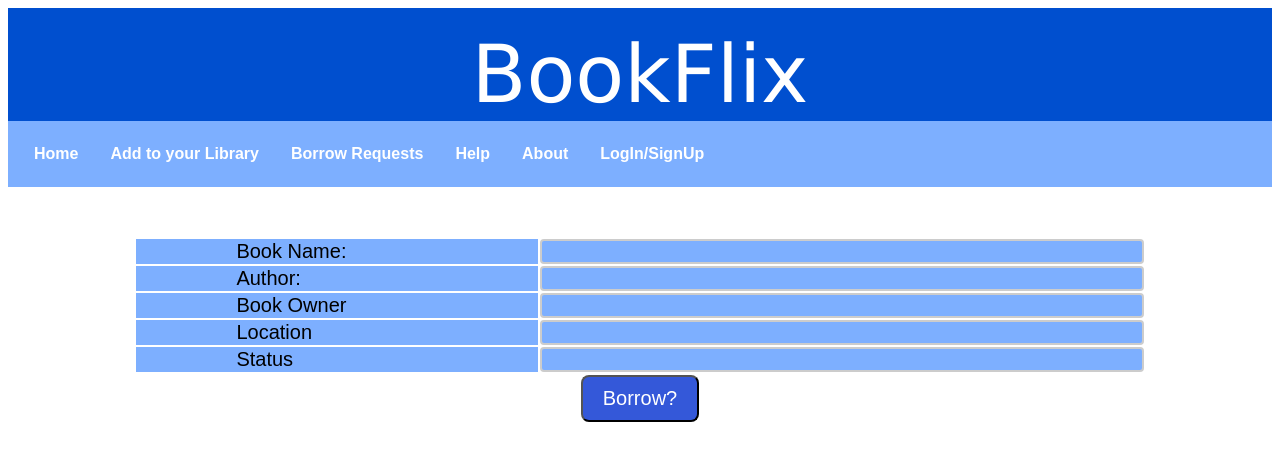
Repository: dan-10/Deloitte
Page: http://localhost/BookFlix/WEB-INF/views/status.jsp
The author's editor kept a copy of each file at every save. The page is drawn from the files as they stood at one save, then again after the next save.
The browser window is 1280 px wide. The pictures show the whole page.
The page is served by Tomcat 9. Nobody is signed in. The template is opened directly, without the code that normally fills it, so the values that code supplies are empty.

Above is the page before, as saved 2019-08-09 04:53:25.

After the next save:
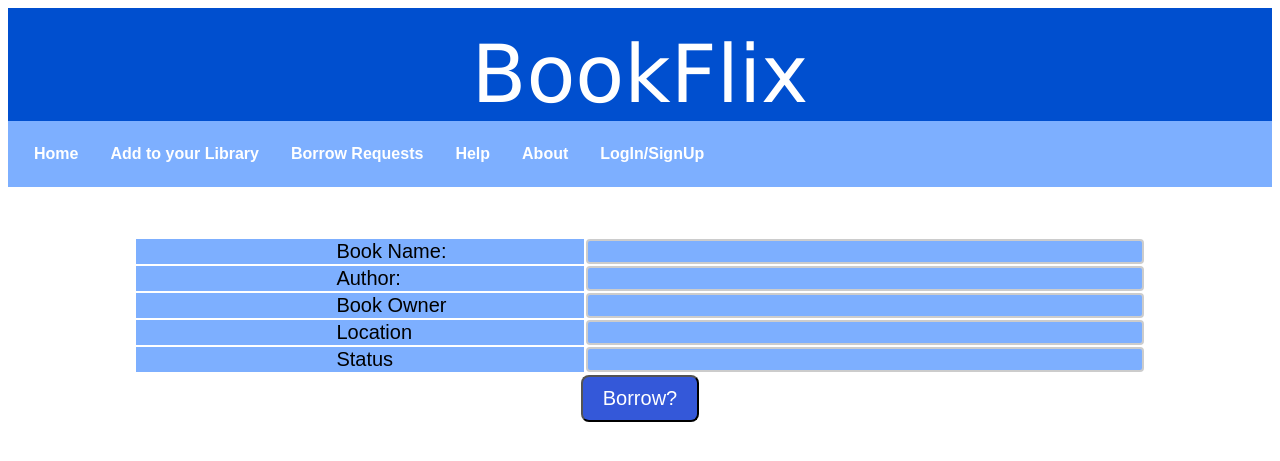
Saved 10 s later.
--- a/DeloitteTrainig/Final Project BookFlix/BookFlix/src/main/webapp/WEB-INF/views/status.jsp
+++ b/DeloitteTrainig/Final Project BookFlix/BookFlix/src/main/webapp/WEB-INF/views/status.jsp
@@ -41,7 +41,7 @@
 .td1{
 	background-color: #7dafff;
 	width: 20%;
-	padding-left: 100px;
+	padding-left: 200px;
 
 }
 
